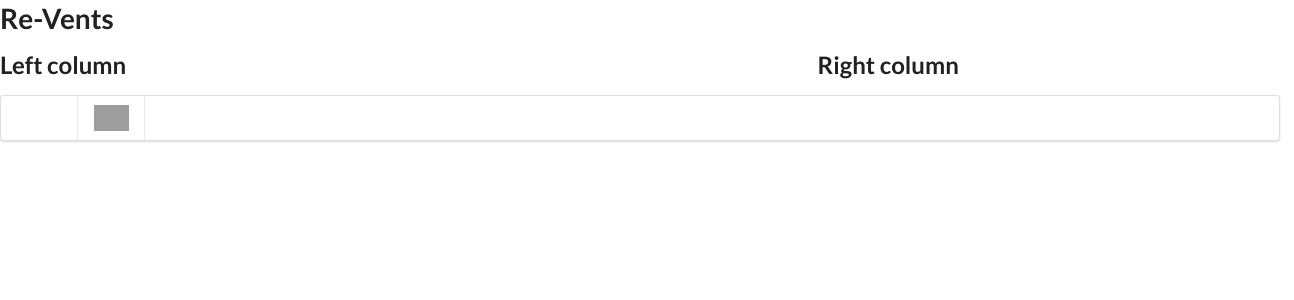
Repository: Preranabaruah/react-semantic-ui
Page: /
The author's editor kept a copy of each file at every save. The page is drawn from the files as they stood at one save, then again after the next save.
The browser window is 1280 px wide. The page is 1294 px wide, so the pictures cover 1294 px, including what lies to the right of the window. The pictures show the whole page.
Pictures or frames that could not be fetched are drawn as grey boxes. The project was rebuilt for these pictures with package versions that can differ from the ones it lists, and the page was loaded fresh each time. Also part of the build but not shown: vite.config.ts.

Above is the page before, as saved 2023-09-08 13:07:49.

### index.html
<!doctype html>
<html lang="en">
  <head>
    <meta charset="UTF-8" />
    <link rel="icon" type="image/svg+xml" href="/vite.svg" />
    <meta name="viewport" content="width=device-width, initial-scale=1.0" />
    <title>Re-vents</title>
  </head>
  <body>
    <div id="root"></div>
    <script type="module" src="/src/index.tsx"></script>
  </body>
</html>

### src/index.tsx
import React from "react";
import ReactDOM from "react-dom/client";
import App from "./App.tsx";
import "semantic-ui-css/semantic.min.css";
ReactDOM.createRoot(document.getElementById("root")!).render(
  <React.StrictMode>
    <App />
  </React.StrictMode>
);

### src/App.tsx
import EventDashboard from "./features/events/event-dashboard";
import NavBar from "./features/nav-bar";

function App() {
  return (
    <>
      <div>
        <h1>Re-Vents</h1>
        <EventDashboard />
        <NavBar />
      </div>
    </>
  );
}

export default App;

### src/features/events/event-dashboard/index.tsx
import { Grid } from "semantic-ui-react";
const EventDashboard = () => {
  return (
    <>
      <Grid>
        <Grid.Column width={10}>
          <h2>Left column</h2>
        </Grid.Column>
        <Grid.Column width={6}>
          <h2>Right column</h2>
        </Grid.Column>
      </Grid>
    </>
  );
};

export default EventDashboard;

### src/features/nav-bar/index.tsx
import { Menu, Container } from "semantic-ui-react";

const NavBar = () => {
  return (
    <>
      <Menu inverted-fixed="top">
        <Container>
          <Menu.Item header>
            <img src="/src/assets/react.svg" />
          </Menu.Item>
        </Container>
      </Menu>
    </>
  );
};

export default NavBar;

After the next save:
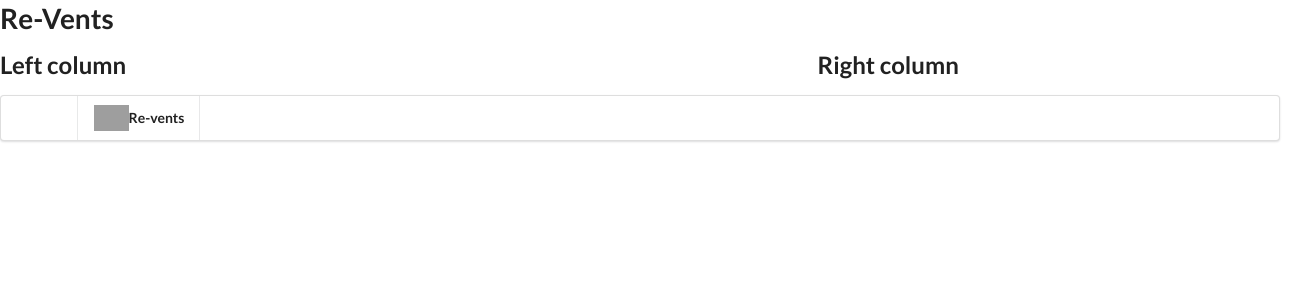
Saved 17 s later.
--- a/src/features/nav-bar/index.tsx
+++ b/src/features/nav-bar/index.tsx
@@ -7,6 +7,7 @@ const NavBar = () => {
         <Container>
           <Menu.Item header>
             <img src="/src/assets/react.svg" />
+            Re-vents
           </Menu.Item>
         </Container>
       </Menu>
